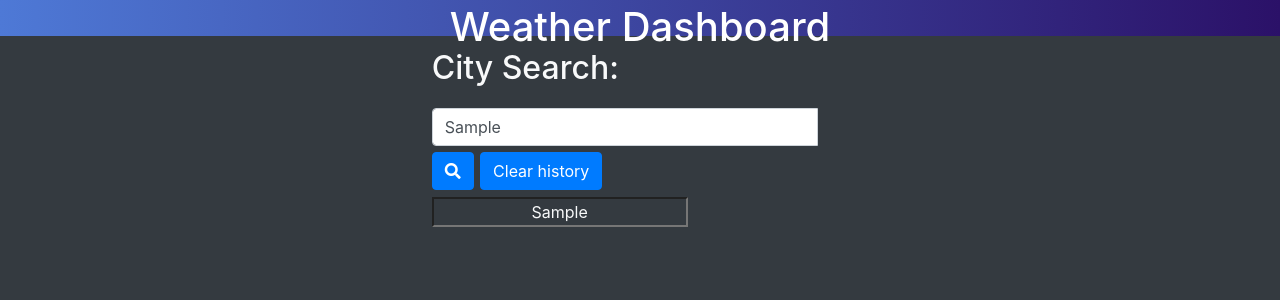
Repository: brenhamp/weather-dashboard
Page: index.html
An editor plug-in stored every save of this project. The page is shown before and after the next save, followed by the edit.
The browser window is 1280 px wide. The pictures show the whole page.
Empty fields were first filled with sample values (such as "Sample", 5 or name@example.com).
After loading, the first visible `#search-button` was clicked once.
The page's requests for data from a server got no answer. Some web libraries are served in a nearby version.

Above is the page before, as saved 2021-12-12 21:46:55.
Console error (its wording comes from the project's code and is left out).

After the next save:
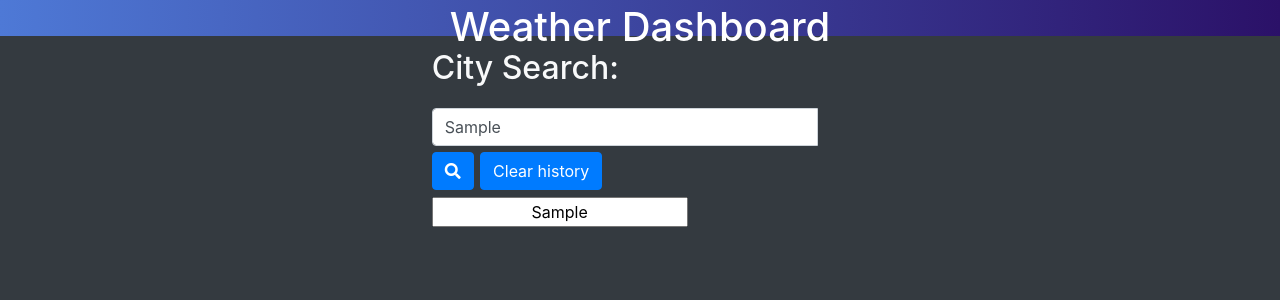
Saved 2 min 14 s later.
--- a/assets/js/script.js
+++ b/assets/js/script.js
@@ -114,7 +114,7 @@ const todaysWeather = document.getElementById("todays-weather");
             const historyEl = document.createElement("input");
                 historyEl.setAttribute("type", "text");
                 historyEl.setAttribute("readonly", true);
-                historyEl.setAttribute("class", "d-inline-block bg-dark text-light text-center align-center");
+                historyEl.setAttribute("class", "d-inline-block text-center align-center border-radius-10px");
                 historyEl.setAttribute("value", searchHistory[i]);
                 historyEl.addEventListener("click", function() {
                 getWeather(historyEl.value);
